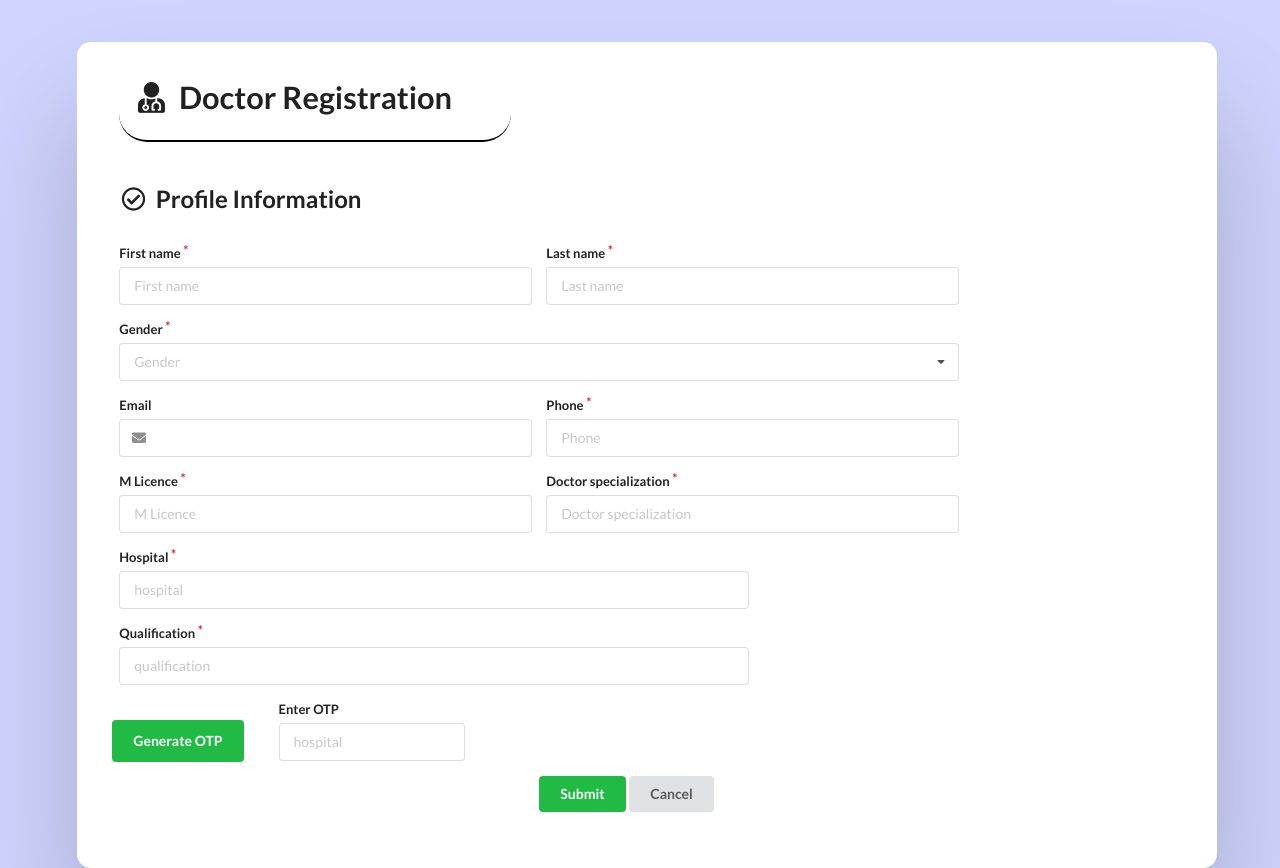
Repository: ajayaj2001/healthcare-digitization
Page: /doctorRegister
An editor plug-in stored every save of this project. The page is shown before and after the next save, followed by the edit.
The browser window is 1280 px wide. The pictures show the whole page.
The project was rebuilt for these pictures with package versions that can differ from the ones it lists, and the page was loaded fresh each time. Also part of the build but not shown: src/component/userType/UserType.scss, src/component/userType/UserType.js, src/component/login/Login.scss, src/component/login/loginForm/LoginForm.scss, src/component/login/loginForm/LoginForm.js, src/component/login/Login.js, src/component/register/Register.scss, src/component/register/registerForm/RegisterForm.scss and 2 more.

Above is the page before, as saved 2021-03-13 13:49:15.

After the next save:
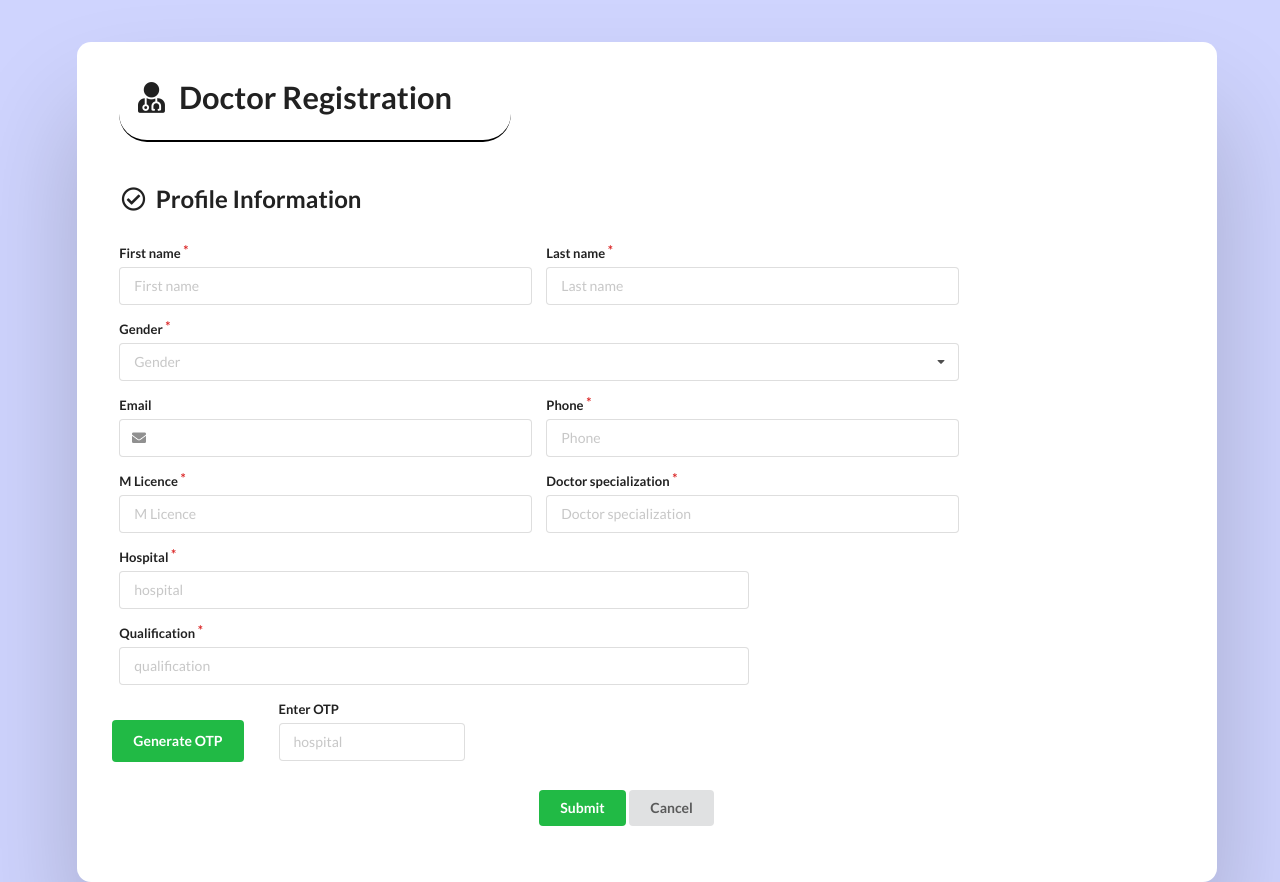
Saved 4 s later.
--- a/src/component/doctorRegister/doctorRegisterForm/DoctorRegisterForm.scss
+++ b/src/component/doctorRegister/doctorRegisterForm/DoctorRegisterForm.scss
@@ -8,7 +8,7 @@
       height: 3rem;
     }
     &__buttonPosition{
-        margin-top: 2rem;
+        margin-top: 2rem !important;
         margin-left: 50% !important;
     }
 }
